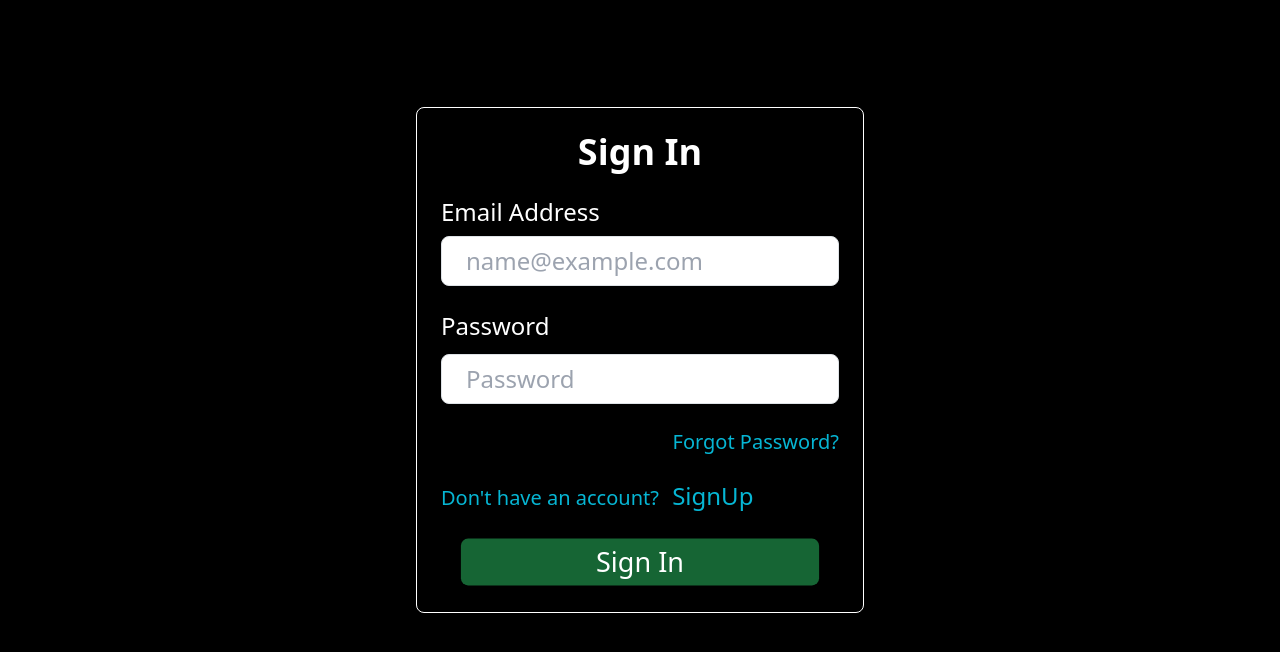
Repository: sayyad-mukthumsa-123/Movie-Verse
Page: /login (app in frontend/)
An editor plug-in stored every save of this project. The page is shown before and after the next save, followed by the edit.
The browser window is 1280 px wide. The pictures show the whole page.
The page's requests for data from a server got no answer. The project was rebuilt for these pictures with package versions that can differ from the ones it lists, and the page was loaded fresh each time. No one was signed in, and anything a server would have sent is missing. Also part of the build but not shown: frontend/src/pages/Welcome.jsx, frontend/src/components/Logout.jsx, frontend/src/components/Navbar.jsx, frontend/src/components/Cards.jsx, frontend/src/pages/Home.jsx, frontend/src/components/AvatarSelection.jsx, frontend/src/pages/SignUp.jsx, frontend/src/pages/MovieRecommendations.jsx and 17 more.

Above is the page before, as saved 2025-02-18 22:30:36.

After the next save:
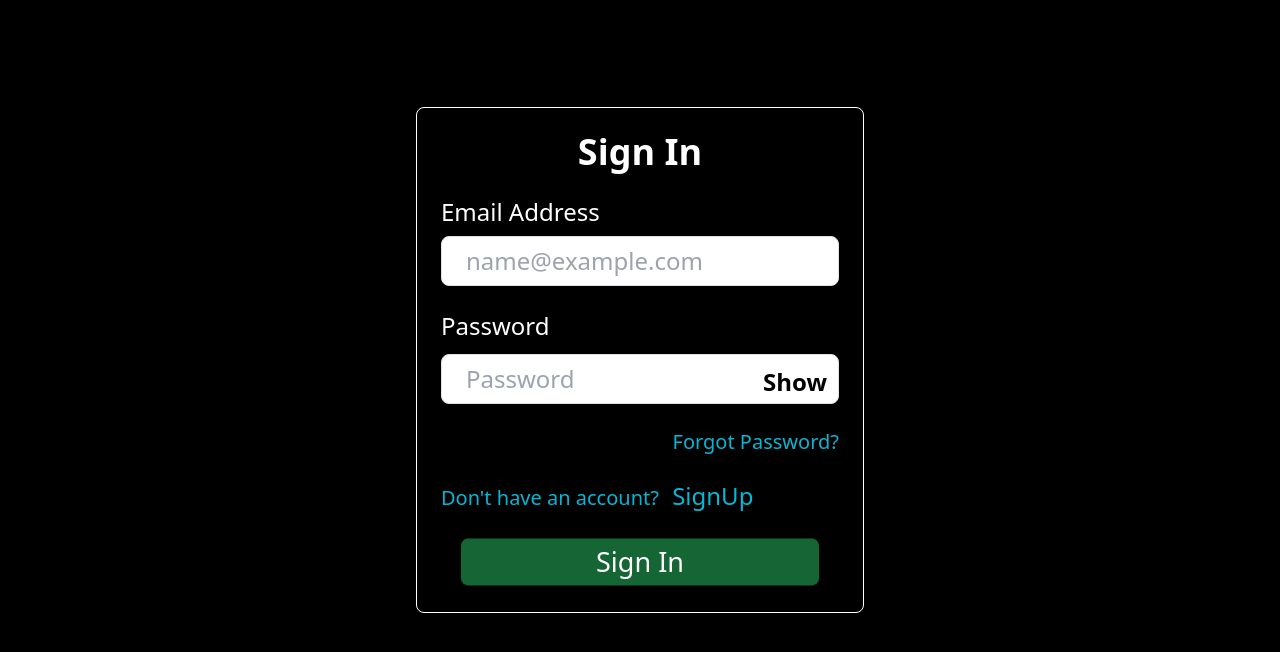
Saved 21 s later.
--- a/frontend/src/pages/SignIn.jsx
+++ b/frontend/src/pages/SignIn.jsx
@@ -101,7 +101,7 @@
             />
             <button
               type="button"
-              className="absolute top-14 right-3 text-2xl font-semibold  focus:outline-none"
+              className="absolute text-black top-14 right-3 text-2xl font-semibold  focus:outline-none"
               onClick={togglePasswordVisibility}
             >
               {passwordVisible ? "Hide" : "Show"}
